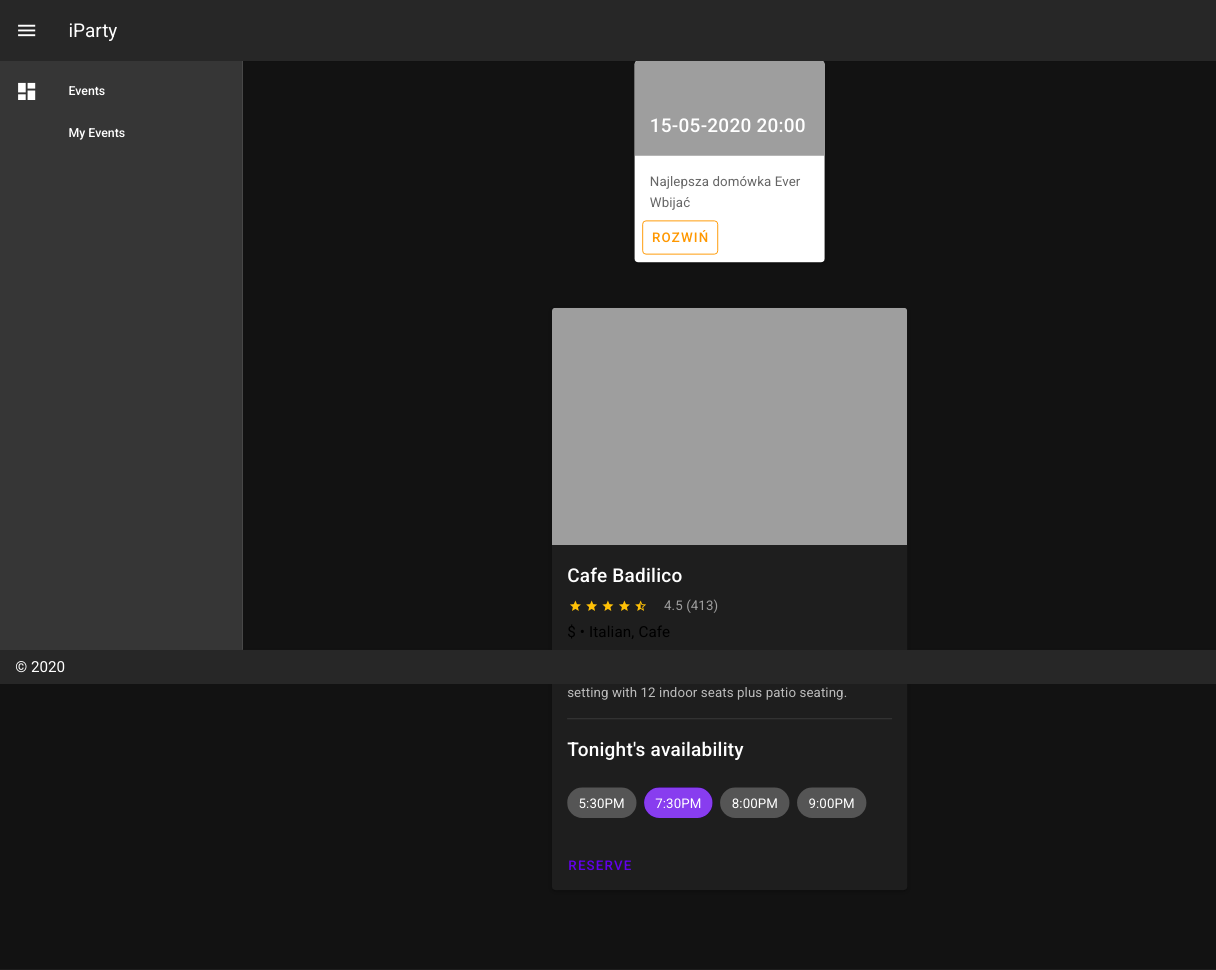
Repository: hexanek/partyapp
Page: /
An editor plug-in stored every save of this project. The page is shown before and after the next save, followed by the edit.
The browser window is 1280 px wide. The pictures show the whole page, at 95% of full size.
Pictures or frames that could not be fetched are drawn as grey boxes. The project was rebuilt for these pictures with package versions that can differ from the ones it lists, and the page was loaded fresh each time. Also part of the build but not shown: vue.config.js.

Above is the page before, as saved 2020-01-24 19:50:05.

After the next save:
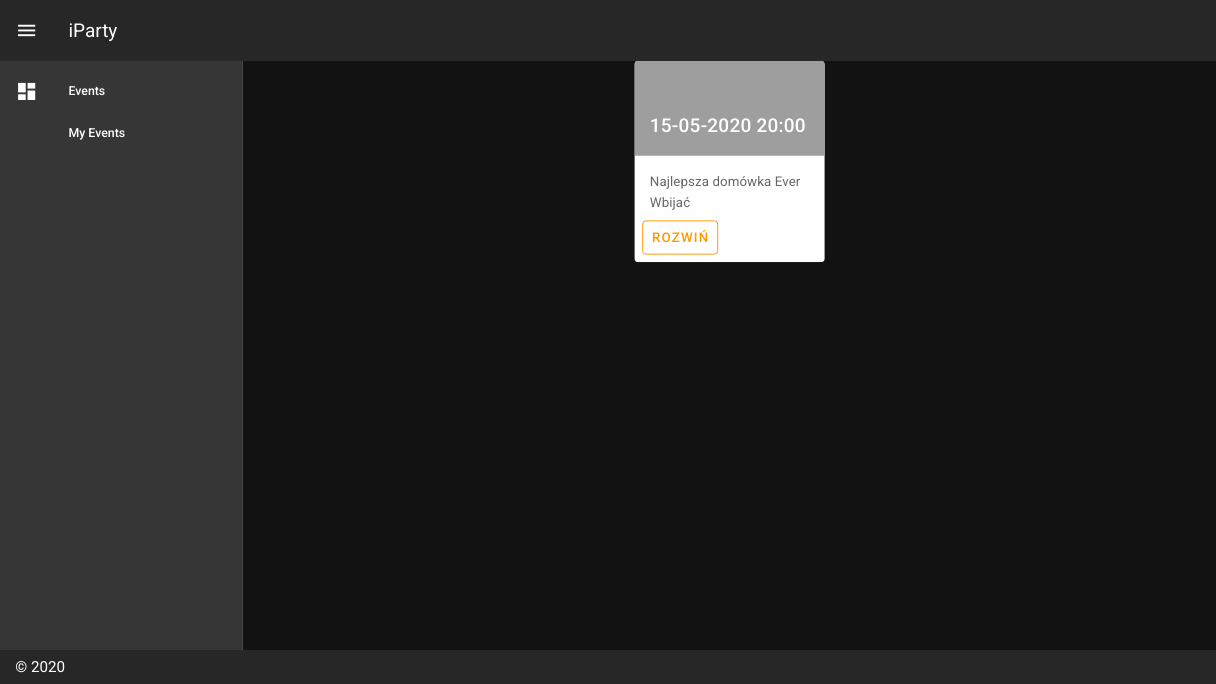
Saved 71 s later.
--- a/src/components/Gmap.vue
+++ b/src/components/Gmap.vue
@@ -26,7 +26,7 @@
       />
     </GmapMap>
     <popup-details
-    v-if="showDetails"
+    v-if="this.details"
     ></popup-details>
   </div>
 </template>
